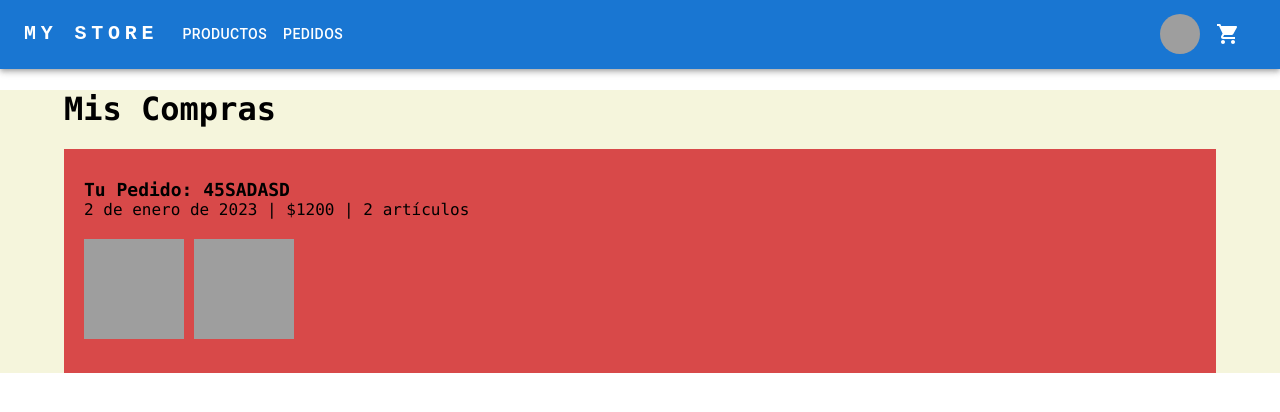
Repository: DanielBorussia/front-my-store
Page: /OrderList
These files come from the project's save history. The page is drawn as it stood at one moment and after the next save; the edit follows.
The browser window is 1280 px wide. The pictures show the whole page.
Pictures or frames that could not be fetched are drawn as grey boxes. The project was rebuilt for these pictures with package versions that can differ from the ones it lists, and the page was loaded fresh each time. Also part of the build but not shown: src/components/OrderItem.js, src/containers/MyOrderPreview.js, src/components/ProductItem.js, src/hooks/useGetProducts.js, src/shared/Loading.js, src/containers/ProductList.js, src/pages/Home.js.

Above is the page before, as saved 2023-07-01 16:51:38.

After the next save:
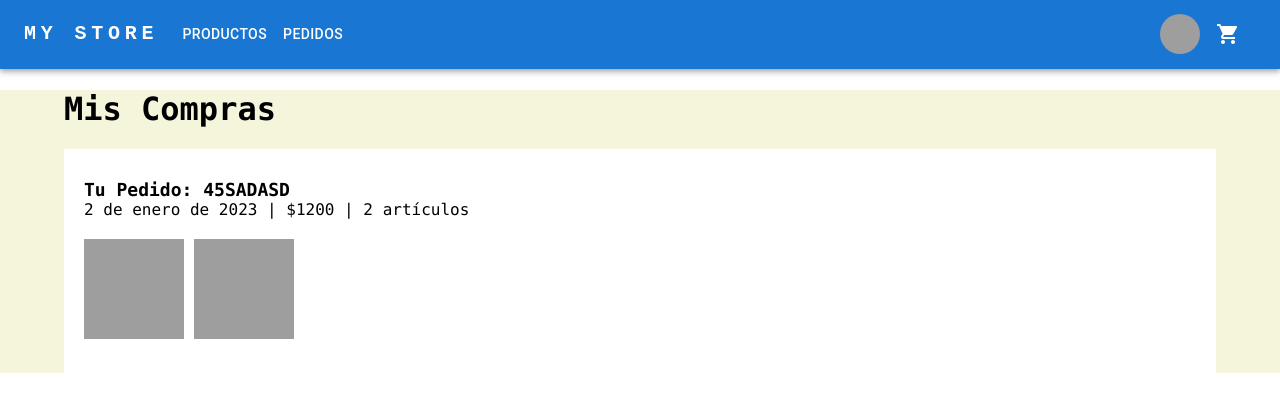
Saved 23 s later.
--- a/src/styles/ShoppingItem.scss
+++ b/src/styles/ShoppingItem.scss
@@ -1,5 +1,5 @@
 .shoppingItem{
-    background-color: rgb(216, 73, 73);
+    background-color: white;
     padding: 30px 20px;
     .shoppingItem__info{
         span{
